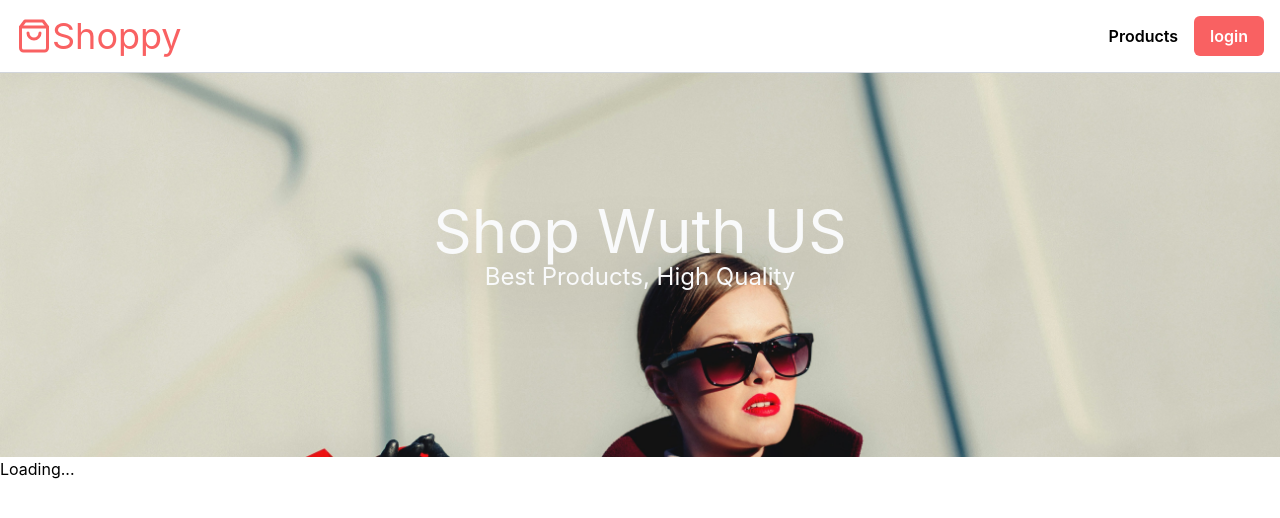
Repository: Yugayoung/shoppy
Page: /carts
An editor plug-in stored every save of this project. The page is shown before and after the next save, followed by the edit.
The browser window is 1280 px wide. The pictures show the whole page.
The page's requests for data from a server got no answer. The project was rebuilt for these pictures with package versions that can differ from the ones it lists, and the page was loaded fresh each time. No one was signed in, and anything a server would have sent is missing. Also part of the build but not shown: src/components/User.jsx, src/components/ProductCard.jsx, src/pages/AllProducts.jsx, src/pages/ProductDetail.jsx, src/api/uploader.js, src/pages/NewProduct.jsx, src/pages/MyCart.jsx, src/pages/NotFound.jsx.

Above is the page before, as saved 2024-01-06 13:38:03.

### src/index.js
import React from 'react';
import ReactDOM from 'react-dom/client';
import { createBrowserRouter, RouterProvider } from 'react-router-dom';
import './index.css';
import App from './App';
import Home from './pages/Home';
import AllProducts from './pages/AllProducts';
import ProductDetail from './pages/ProductDetail';
import NewProduct from './pages/NewProduct';
import MyCart from './pages/MyCart';
import NotFound from './pages/NotFound';
import ProtectedRoute from './pages/ProtectedRoute';

const router = createBrowserRouter([
  {
    path: '/',
    element: <App />,
    errorElement: <NotFound />,
    children: [
      { index: true, path: '/', element: <Home /> },
      { path: '/products', element: <AllProducts /> },
      {
        path: '/products/new',
        element: (
          <ProtectedRoute requireAdmin>
            <NewProduct />
          </ProtectedRoute>
        ),
      },
      {
        path: '/products/:id',
        element: <ProductDetail />,
      },
      {
        path: '/carts',
        element: (
          <ProtectedRoute>
            <MyCart />
          </ProtectedRoute>
        ),
      },
    ],
  },
]);

const root = ReactDOM.createRoot(document.getElementById('root'));
root.render(
  <React.StrictMode>
    <RouterProvider router={router} />
  </React.StrictMode>
);

### src/index.css
@tailwind base;
@tailwind components;
@tailwind utilities;

body {
  margin: 0;
  font-family: -apple-system, BlinkMacSystemFont, 'Segoe UI', 'Roboto', 'Oxygen',
    'Ubuntu', 'Cantarell', 'Fira Sans', 'Droid Sans', 'Helvetica Neue',
    sans-serif;
  -webkit-font-smoothing: antialiased;
  -moz-osx-font-smoothing: grayscale;
  @apply flex flex-col items-center;
}

#root {
  @apply w-full max-w-screen-2xl;
}
code {
  font-family: source-code-pro, Menlo, Monaco, Consolas, 'Courier New',
    monospace;
}
input {
  @apply p-4 outline-none border border-gray-300 my-1;
}

### src/App.js
import Navbar from './components/Navbar';
import { Outlet } from 'react-router-dom';
import { AuthContextProvider } from './components/context/AuthContext';
import { QueryClient, QueryClientProvider } from '@tanstack/react-query';

const queryClient = new QueryClient();
function App() {
  return (
    <QueryClientProvider client={queryClient}>
      <AuthContextProvider>
        <Navbar />
        <Outlet />
      </AuthContextProvider>
    </QueryClientProvider>
  );
}

export default App;

### src/pages/Home.jsx
import React from 'react';
import Products from '../components/Products';
import Banner from '../components/Banner';

export default function Home() {
  return (
    <>
      <Banner />
      <Products />
    </>
  );
}

### src/pages/ProtectedRoute.jsx
import React from 'react';
import { useAuthContext } from '../components/context/AuthContext';
import { Navigate } from 'react-router-dom';

export default function ProtectedRoute({ children, requireAdmin }) {
  const { user } = useAuthContext();

  if (!user || (requireAdmin && !user.isAdmin)) {
    return <Navigate to='/' replace />;
  }

  return children;
  // 로그인한 사용자가 있는지 확인
  // 그 사용자가 어드민 권한이 있는지 확인
  // requireAdmin이 true인 경우에는 로그인도 되어 있어야 하고, 어드민 권한도 가지고 있어야 함
  // 조건에 맞지 않으면 / 상위 경로로 이동!
  // 조건에 맞는 경우에만 전달된 children을 보여줌
}

### src/components/Navbar.jsx
import React from 'react';
import { Link } from 'react-router-dom';
import { FiShoppingBag } from 'react-icons/fi';
import { BsFillPencilFill } from 'react-icons/bs';
import User from './User';
import Button from './ui/Button';
import { useAuthContext } from './context/AuthContext';

export default function Navbar() {
  const { user, login, logout } = useAuthContext();
  return (
    <header className='flex justify-between border-b border-gray-300 p-4'>
      <Link to='/' className='flex items-center text-4xl text-brand'>
        <FiShoppingBag />
        <h1>Shoppy</h1>
      </Link>
      <nav className='flex items-center gap-4 font-semibold'>
        <Link to='/products'>Products</Link>
        {user && <Link to='/carts'>Carts</Link>}
        {user && user.isAdmin && (
          <Link to='/products/new' className='text-2xl'>
            <BsFillPencilFill />
          </Link>
        )}
        {user && <User user={user} />}
        {!user && <Button text={'login'} onClick={login} />}
        {user && <Button text={'logout'} onClick={logout} />}
      </nav>
    </header>
  );
}

### src/components/context/AuthContext.jsx
import { createContext, useContext, useState, useEffect } from 'react';
import { login, logout, onUserStateChange } from '../../api/firebase';

const AuthContext = createContext();

export function AuthContextProvider({ children }) {
  const [user, setUser] = useState();
  useEffect(() => {
    onUserStateChange((user) => {
      console.log(user);
      setUser(user);
    });
  }, []);
  return (
    <AuthContext.Provider value={{ user, login, logout }}>
      {children}
    </AuthContext.Provider>
  );
}

export function useAuthContext() {
  return useContext(AuthContext);
}

### src/components/Products.jsx
import React from 'react';
import { useQuery } from '@tanstack/react-query';
import { getProducts } from '../api/firebase';
import ProductCard from './ProductCard';

export default function Products() {
  const {
    isLoading,
    error,
    data: products,
  } = useQuery({
    queryKey: ['products'],
    queryFn: getProducts,
  });
  return (
    <>
      {isLoading && <p>Loading...</p>}
      {error && <p>{error}</p>}
      <ul className='grid grid-cols-1 md:grid-cols-3 lg:grid-cols-4 gap-4 p-4'>
        {products &&
          products.map((product) => (
            <ProductCard key={product.id} product={product} />
          ))}
      </ul>
    </>
  );
}

### src/components/Banner.jsx
import React from 'react';

export default function Banner() {
  return (
    <section className='h-96 bg-yellow-900 relative'>
      <div className='w-full h-full bg-cover bg-banner'></div>
      <div className='absolute w-full top-32 text-center text-gray-50 drop-shadow-2xl'>
        <h2 className='text-6xl'>Shop Wuth US</h2>
        <p className='text-2xl'>Best Products, High Quality</p>
      </div>
    </section>
  );
}

### src/components/ui/Button.jsx
import React from 'react';

export default function Button({ text, onClick }) {
  return (
    <button
      className='bg-brand text-white py-2 px-4 rounded-md hover:brightness-110 '
      onClick={onClick}
    >
      {text}
    </button>
  );
}

### src/api/firebase.js
import { initializeApp } from 'firebase/app';
import { v4 as uuid } from 'uuid';
import {
  getAuth,
  signInWithPopup,
  GoogleAuthProvider,
  signOut,
  onAuthStateChanged,
} from 'firebase/auth';
import { getDatabase, ref, set, get } from 'firebase/database';

const firebaseConfig = {
  apiKey: process.env.REACT_APP_FIREBASE_API_KEY,
  authDomain: process.env.REACT_APP_FIREBASE_AUTH_DOMAIN,
  databaseURL: process.env.REACT_APP_FIREBASE_DB_URL,
  projectId: process.env.REACT_APP_FIREBASE_PROJECT_ID,
};

const app = initializeApp(firebaseConfig);
const auth = getAuth();
const provider = new GoogleAuthProvider();
const database = getDatabase(app);

export function login() {
  signInWithPopup(auth, provider).catch(console.error);
}

export function logout() {
  signOut(auth);
}

export function onUserStateChange(callback) {
  onAuthStateChanged(auth, async (user) => {
    // 1. 사용자가 있는 경우에 (로그인한 경우)
    const updatedUser = user ? await adminUser(user) : null;
    callback(updatedUser);
  });
}

async function adminUser(user) {
  // 2. 사용자가 어드민 권한을 가지고 있는지 확인!
  // 3. {...user, isAdmin: true/false}
  return get(ref(database, 'admins')).then((snapshot) => {
    if (snapshot.exists()) {
      const admins = snapshot.val();
      const isAdmin = admins.includes(user.uid);
      return { ...user, isAdmin };
    }
    return user;
  });
}

export async function addNewProduct(product, image) {
  const id = uuid();
  return set(ref(database, `products/${id}`), {
    ...product,
    id,
    price: parseInt(product.price),
    image,
    options: product.options.split(','),
  });
}

export async function getProducts() {
  return get(ref(database, 'products')).then((snapshot) => {
    if (snapshot.exists()) {
      return Object.values(snapshot.val());
    }
    return [];
  });
}

### tailwind.config.js
/** @type {import('tailwindcss').Config} */
module.exports = {
  content: ['./src/**/*.{js,jsx}'],
  theme: {
    extend: {
      colors: {
        brand: '#F96162',
      },
      backgroundImage: {
        banner: `url('../public/images/banner.jpg')`,
      },
    },
  },
  plugins: [],
};

Loaded but not shown: public/index.html (common file)

After the next save:
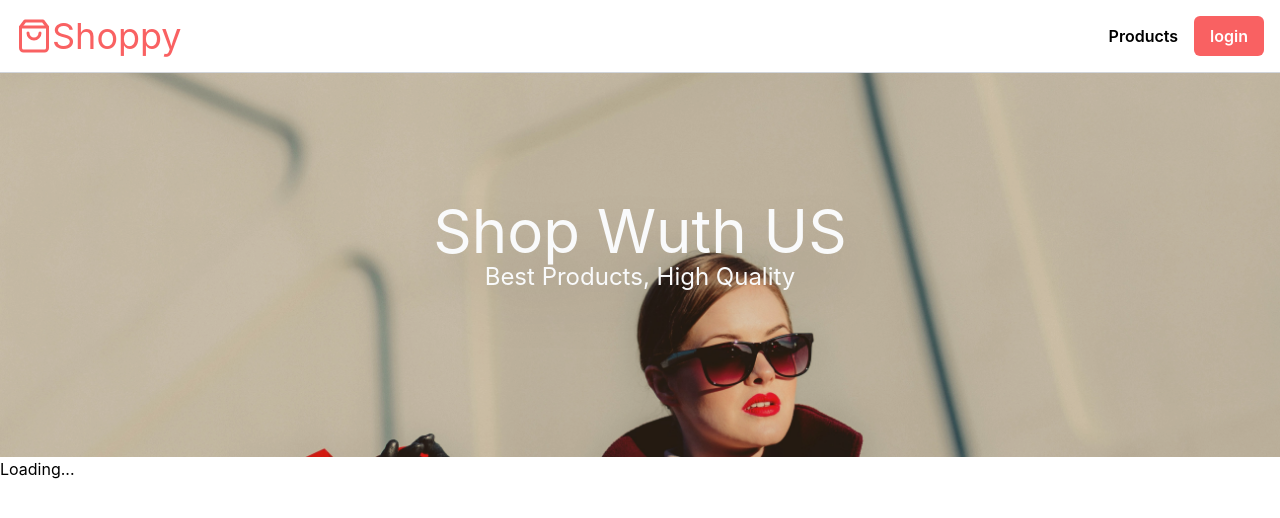
Saved 2 min 34 s later.
--- a/src/components/Banner.jsx
+++ b/src/components/Banner.jsx
@@ -3,7 +3,7 @@
 export default function Banner() {
   return (
     <section className='h-96 bg-yellow-900 relative'>
-      <div className='w-full h-full bg-cover bg-banner'></div>
+      <div className='w-full h-full bg-cover bg-banner opacity-80'></div>
       <div className='absolute w-full top-32 text-center text-gray-50 drop-shadow-2xl'>
         <h2 className='text-6xl'>Shop Wuth US</h2>
         <p className='text-2xl'>Best Products, High Quality</p>
